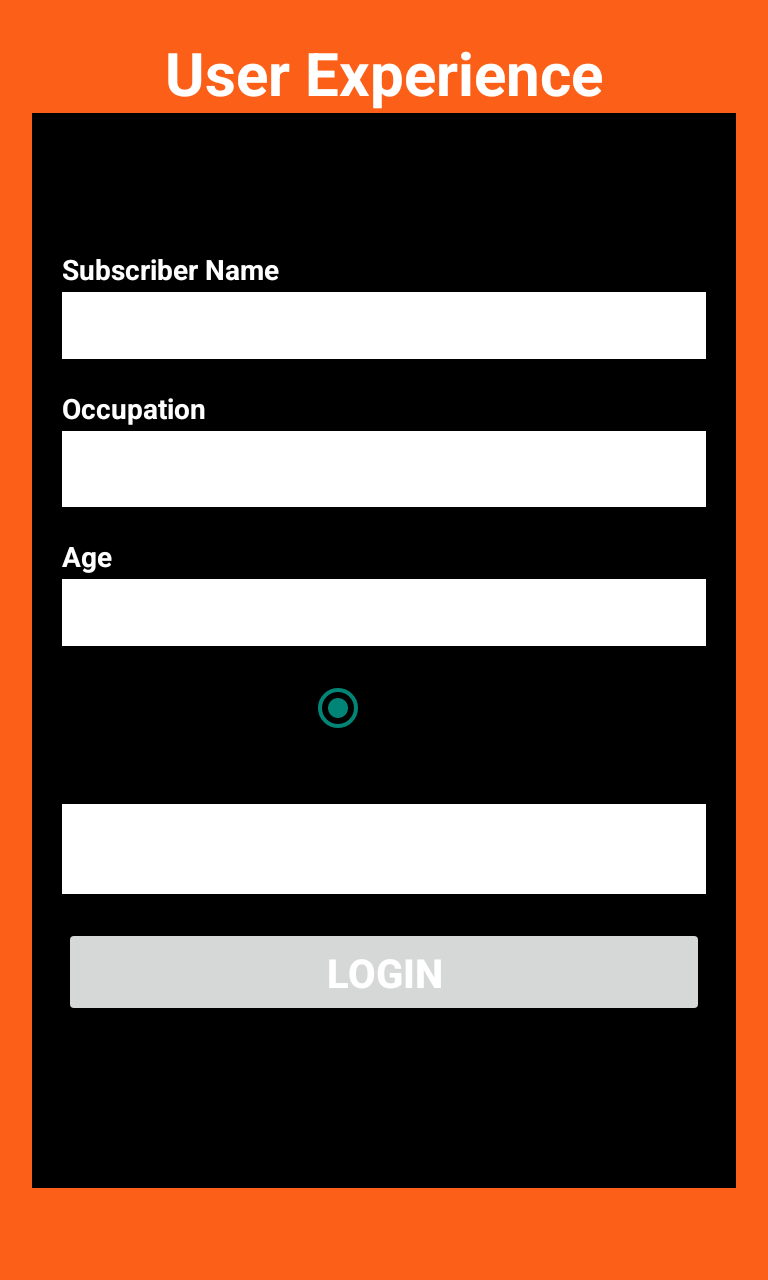
Repository: MushfiqurRahman/BLink3gApp
Layout: 3gExperience/res/layout/fragment_survey.xml
These files come from the project's save history. The layout is drawn as it stood at one moment and after the next save; the edit follows.
It is drawn on a 768 x 1280 px phone screen (xhdpi) without system bars, with theme AppTheme; the app's code is not run.

Above is the layout before, as saved 2014-05-20 18:05:21.

After the next save:
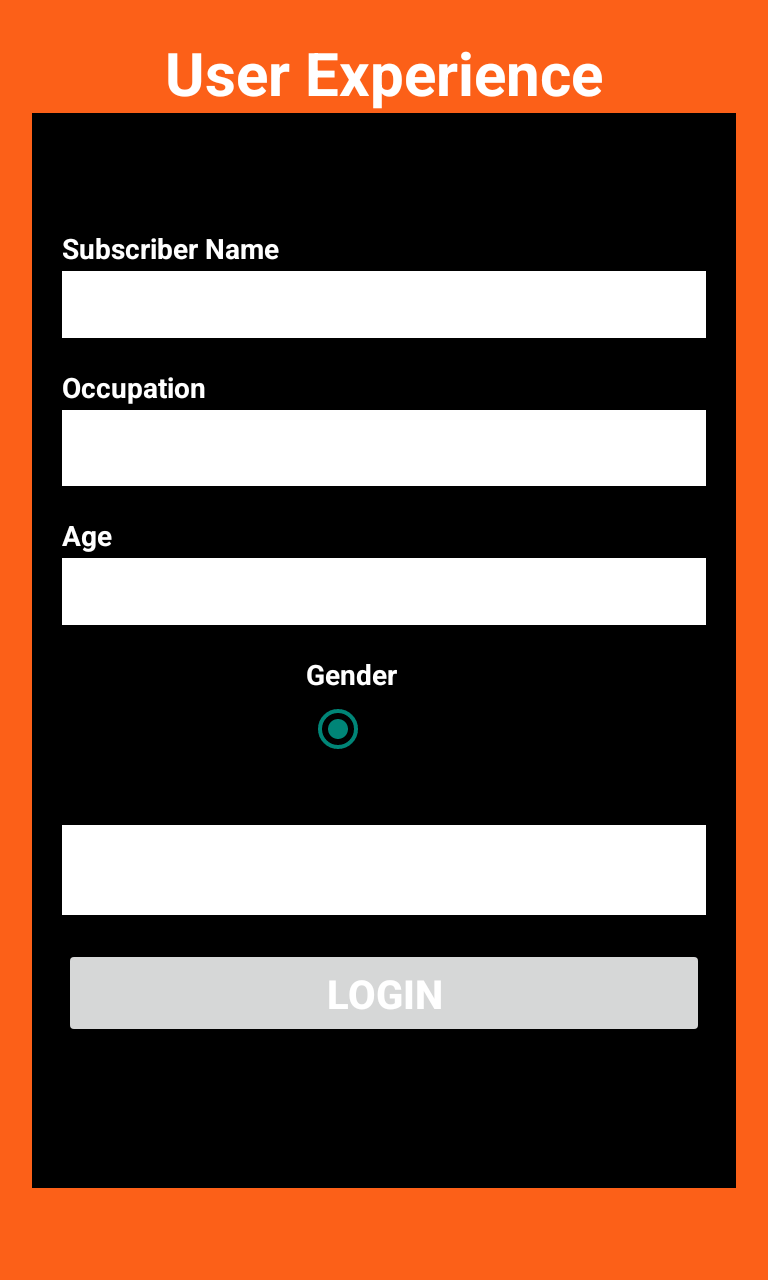
Saved 45 s later.
--- a/3gExperience/res/layout/fragment_survey.xml
+++ b/3gExperience/res/layout/fragment_survey.xml
@@ -128,6 +128,20 @@
             android:layout_width="wrap_content"
             android:layout_height="wrap_content" >
 
+                            <LinearLayout
+            android:layout_width="fill_parent"
+            android:layout_height="wrap_content"
+            android:layout_gravity="left" >
+
+            <TextView
+                android:id="@+id/tvGender"
+                android:layout_width="wrap_content"
+                android:layout_height="wrap_content"
+                android:layout_marginBottom="2dp"
+                android:text="@string/sbcr_gender"
+                android:textColor="#FFFFFF"
+                android:textStyle="bold" />
+        </LinearLayout>
             <RadioButton
                 android:id="@+id/radio0"
                 android:layout_width="wrap_content"
